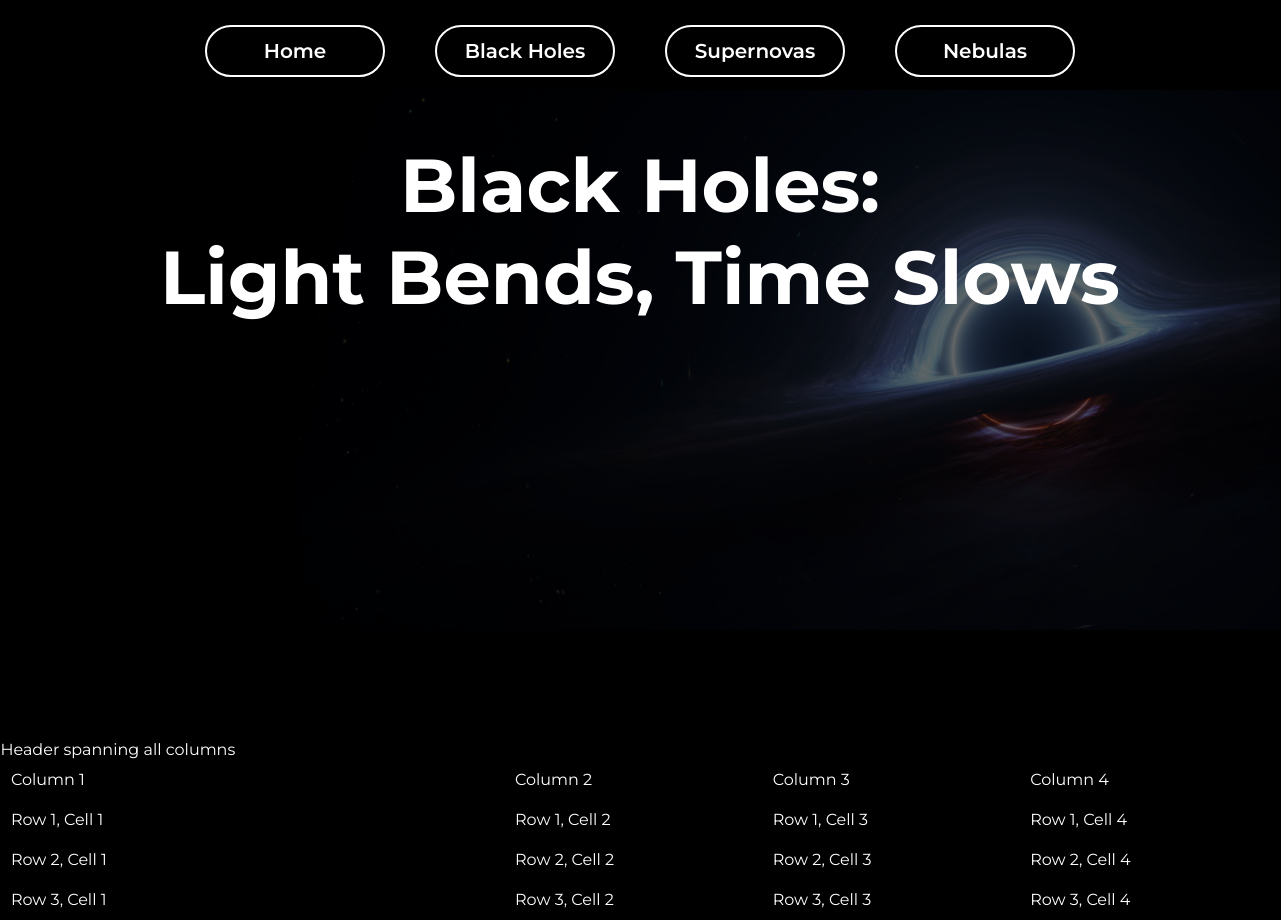
Repository: english-only/Space-Website
Page: black_hole.html
The author's editor kept a copy of each file at every save. The page is drawn from the files as they stood at one save, then again after the next save.
The browser window is 1280 px wide. The page is 1281 px wide, so the pictures cover 1281 px, including what lies to the right of the window. The pictures show the whole page.
Backgrounds fixed to the window are drawn as part of the page.

Above is the page before, as saved 2024-12-16 09:53:12.

After the next save:
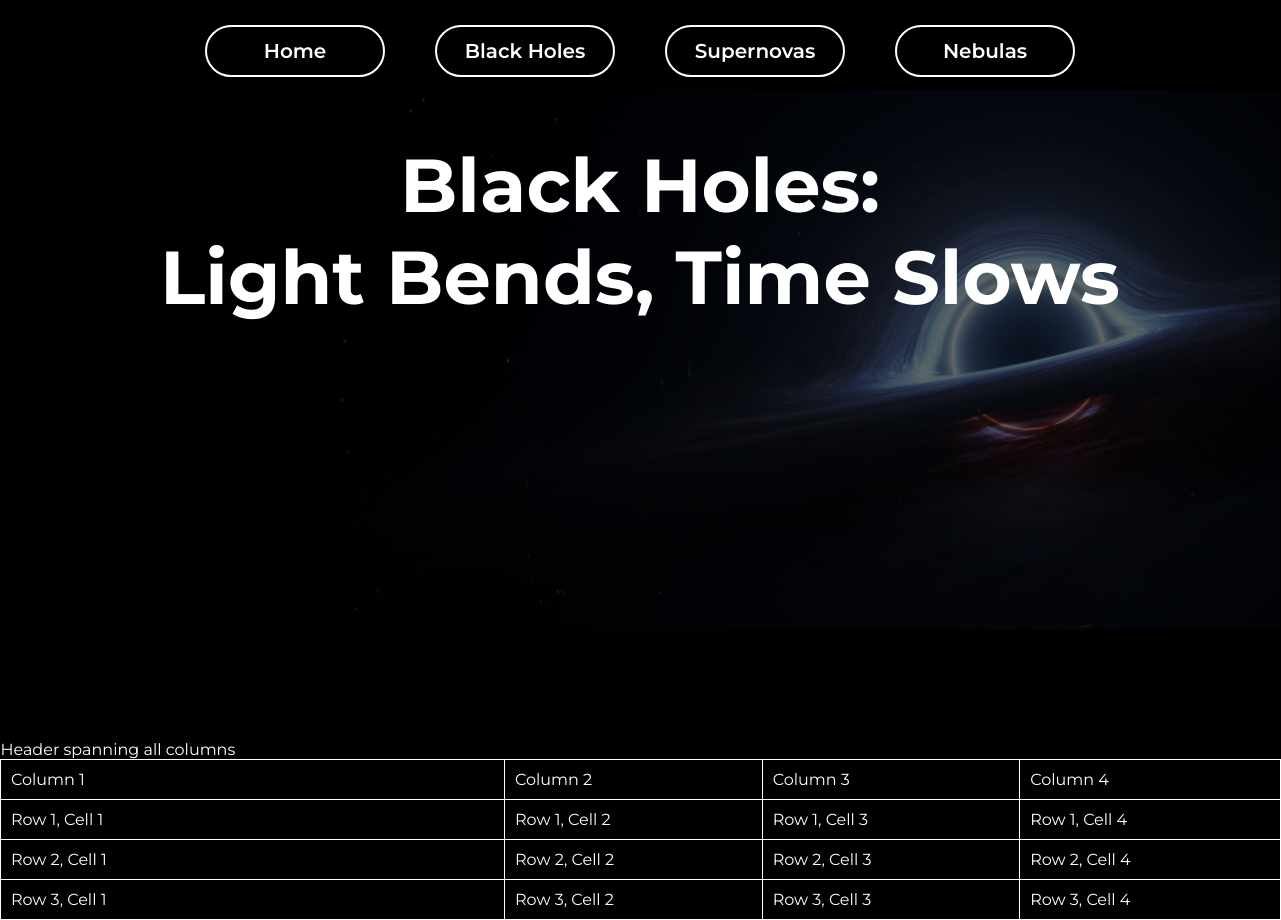
Saved 22 s later.
--- a/main.css
+++ b/main.css
@@ -347,7 +347,7 @@ body {
 
 .cell {
   display: table-cell;
-  border: 1px solid #000;
+  border: 1px solid #ffffff;
   padding: 10px;
 }
 
